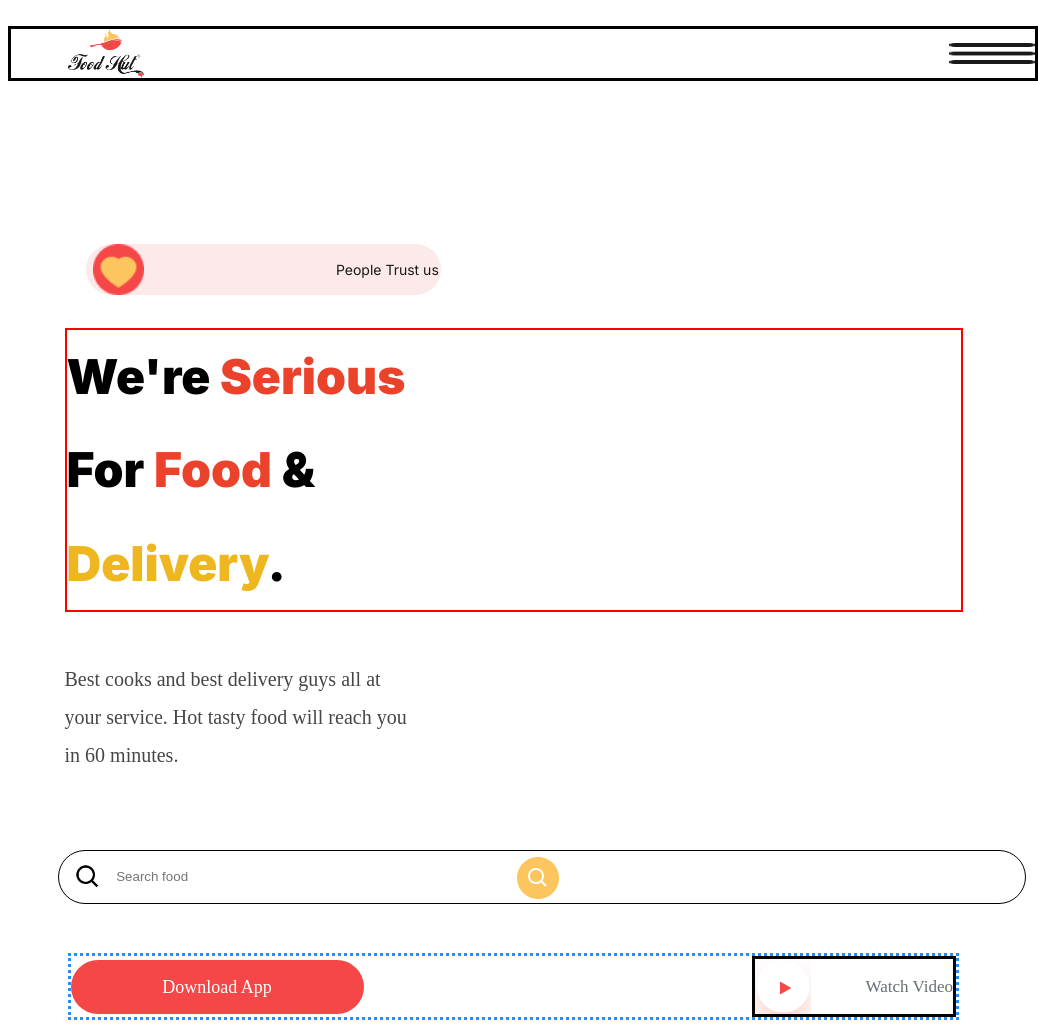
Repository: ReyhanehRahmani/Food-Hut
Page: FoodHut.html
These files come from the project's save history. The page is drawn as it stood at one moment and after the next save; the edit follows.
The browser window is 1024 px wide. The page is 1038 px wide, so the pictures cover 1038 px, including what lies to the right of the window. The pictures show the whole page.
Some web fonts or font styles are not loaded; a fallback is used.

Above is the page before, as saved 2025-05-29 00:06:22.

### FoodHut.html
<!DOCTYPE html>

<html lang="en">

    <head>

    <meta name="viewport" content="width=device-width, initial-scale=1.0" />

        <title>Food Hut</title>

        <link rel="icon" type="image/jpg" href="favicon.png">

        <link rel="preconnect" href="https://fonts.googleapis.com">

        <link rel="stylesheet" href="FoodHut.css">

        <link rel="preconnect" href="https://fonts.googleapis.com">

        <link rel="preconnect" href="https://fonts.gstatic.com" crossorigin>

        <link href="https://fonts.googleapis.com/css2?family=Inter:ital,opsz,wght@0,14..32,100..900;1,14..32,100..900&display=swap" rel="stylesheet">

        <link rel="preconnect" href="https://fonts.googleapis.com">

        <link rel="preconnect" href="https://fonts.gstatic.com" crossorigin>

        <link href="https://fonts.googleapis.com/css2?family=Sofia+Sans:ital,wght@0,1..1000;1,1..1000&display=swap" rel="stylesheet">

    </head>

    <body>

        <div class="headh">
            <img src="favicon.png" alt="Food Hut logo" class="FoodHutLogo">

            <div class="navlaptop">
                    <p class="mm">Today special offers</p>
                    <p class="mm">Why FoodHut</p>
                    <p class="mm">Our Menu</p>
                    <p class="mm">Our Popular food</p>

            </div>
            <div class="downloadbt"><p>Download App</p></div>
            <img src="slider.png" id="slider">
        </div>



        <div class="maincontainer">
            <div class="container1">

                <div id="HeartBox">
                    <img id="Heart" src="ghalb.png" style="margin-left: 3px;" >
                    <p id="trust">People Trust us</p>
                </div>

                <p id="BigBox1">
                    We're <spsn style="color: rgb(235, 66, 44);">Serious</spsn> <br> For <span style="color: rgb(235, 66, 44);">Food</span> & <br><span style="color: rgb(238, 183, 32);">Delivery</span>.
                </p>
                <p id="BigBox1laptop">
                    We're <spsn style="color: rgb(235, 66, 44);">Serious</spsn>  For <br><span style="color: rgb(235, 66, 44);">Food</span> & <span style="color: rgb(238, 183, 32);">Delivery</span>.
                </p>

                <p id="text1">
                    Best cooks and best delivery guys all at <br>your service. Hot tasty food will reach you<br>in 60 minutes.
                </p>
                <p id="text1laptop">
                    Best cooks and best delivery guys all at your <br>service. Hot tasty food will reach you in 60<br>minutes.
                </p>
                <div class="searchbox">
                    <img src="zarebin2.png" id="zarebin2">
                    <input class="inin" type="text" minlength="3" maxlength="30" placeholder="Search food"></input>
                    <button class="butbut"><img src="zarebin.png" id="zarebin"></button>
                </div>


                <div id="PlayBox">
                    <div id="download"><p>Download App</p></div>
                    <div id="bori1">
                    <img src="playb.png" id="PlayButton">
                    <p id="Watch">Watch Video</p>
                    </div>
                </div>

            </div>
            <img src="pic1.png" id="pic1laptop">

        </div>






    </body>

</html>

### FoodHut.css
/*font family - font size - align items like heart*/

@media screen and (max-width: 1279px){



body {
    font-family: "Inter", sans-serif;

}

.headh{
    border: solid;
    display: flex;
    justify-content: space-between;
    width: 100vw;
    height: 6.739130435vh;
    align-items: center;
    margin-top: 2.608695652%;
}


.FoodHutLogo{
    margin-left: 5.607476636%;
    height: 100%;
}

#slider{
    width: 8.411214953%;
    height: 43.548387097%;
}

/*#NavbarSlider{
    margin-top: 41px;
    margin-right: 5.6vw;
    float: right;
    position: fixed;
    border: 2px solid red;
}

.slider{
    width: 36px;
    height: 5px;
    border-radius: 17px;
    display: flex;
    justify-content: space-between;
    flex-direction: column;
    gap: 6px;
    background: rgba(25, 25, 25, 1);
    margin-right: 24px;

}*/



#HeartBox{
    display: flex;
    justify-content: space-between;
    gap: 1.438848921%;
    width: 35.226415094%;
    height: 4.261796043%;
    align-items: center;
    border-radius: 100px;
    white-space: nowrap;
    background-color: #fce9e9;
    margin-top: 16.228070175%;
    margin-left: 7.710280374%;
}

#trust{
    font-weight: 400;
    font-size: 0.875rem;
    line-height: 100%;
    letter-spacing: 0%;
    /*align-items: center;
    justify-content: center;*/
    color: rgba(25, 25, 25, 1);
    margin-right: 2px;

}

#Heart{
    position: static;
    width: 14.288489209%;
    height: 71.428571429%;
    padding-left: 1.168224299%;
    align-self: center;
}

#BigBox1{
    width: 88.785046729%;
    height: 21.058315335%;
    align-content: center;
    margin-top: 3.225806452%;
    margin-left: 5.607476636%;
    border: 2px solid red;
    font-weight: 900;
    font-size: 3rem;
    line-height: 195%;
    letter-spacing: 0%;
    font-family: "Inter";
}

/*#Box1Paragragh{
    font-weight: 900;
    font-size: 48px;
    line-height: 195%;
    letter-spacing: 0%;
}*/

#text1{
    width: 88.551401869%;
    height: 8.804347826%;
    margin-top: 4.347826087%;
    margin-left: 5.607476636%;
    opacity: 0.8;
    font-family: "Sofia Sans";
    font-weight: 400;
    font-size: 1.25rem;
    line-height: 190%;
    letter-spacing: -1%;
    color: #191919;
    white-space: nowrap;

}

#text1laptop{
    display: none;
}

.searchbox{
    border: solid;
    display: flex;
    border-width: 0.5px;
    border-radius: 100px;
    align-items: center;
    height: 8.709677419%;
    margin-top: 4.35483871;
    width: 95.785046729%;
    margin-left: 4.979253112%;
    margin-top: 7.476635514%;

}

.searchbox .inin{
    border: 0px;
    margin-left: 12px;

}

.searchbox .butbut{
    border: 0px;
    background-color: rgba(127, 255, 212, 0);
    margin-left: 22.324840764%;
}

#zarebin{
    height: 42px;
    padding-top: 5px;

}

#zarebin2{
    width: 28px;
    height: 28px;
    margin-left: 15px;

}

#PlayBox{
    display: flex;
    height: 5.652173913%;
    margin-top: 4.838709677%;
    justify-content: space-between;
    gap: 8.244680851%;
    align-items: center;
    border: dodgerblue, dotted;
    width: 87.85046729%;
    margin-left: 5.907476636%;

}

#download{
    width: 33.085106383%;
    height: 86.538461538%;
    border-radius: 100px;
    background-color: #F54748;
    font-family: "Sofia Sans";
    text-align: center;
    margin-top: 1px;
    color: #FFFFFF;
    font-weight: 400;
    font-size: 18px;
    line-height: 100%;
    letter-spacing: 0px;
    text-transform: capitalize;

}

#bori1{
    display: flex;
    margin-left: 8.244680851%;
    height: 100%;
    justify-content: space-between;
    gap: 11.475409836%;
    border: solid;
    align-items: center;
}

#Watch{
    font-family: "Sofia Sans";
    font-weight: 300;
    font-size: 17px;
    line-height: 100%;
    letter-spacing: 0%;
    color: #686D77;
    white-space: nowrap;

}

#PlayButton{
    height: 100%;
    width: 28.415300546%;

}

.navlaptop{
    display: none;
}

.downloadbt{
    display: none;
}

#BigBox1laptop{
    display: none;
}

#pic1laptop{
    display: none;
}

}


@media screen and (min-width: 1280px){

body{
    position: relative;
}

.headh{
    display: flex;
    position: relative;
    align-items: center;
    margin-top: 2.46343341%;
}

.headh .FoodHutLogo{
    width: 8.402777778%;
    height: 6.004618938%;
    margin-left: 5.46875%;

}

.navlaptop {
    display: flex;
    gap: 7.575757576%;
    align-items: center;
    margin-left: 20.75%;

}

.navlaptop .mm{
    font-family: "Sofia Sans";
    font-weight: 400;
    font-size: 1.125rem;
    line-height: 100%;
    letter-spacing: 0px;
    text-transform: capitalize;
    color: #191919;
    white-space: nowrap;
}

.downloadbt{
    position: absolute;
    width: 11.25%;
    line-height: 100%;
    height: 57.692307692%;
    border-radius: 100px;
    background-color: #F54748;
    font-family: "Sofia Sans";
    text-align: center;
    margin-top: 1px;
    color: #FFFFFF;
    font-weight: 400;
    font-size: 18px;
    letter-spacing: 0px;
    text-transform: capitalize;
    margin-left: 84.513888889%;


}

.maincontainer{
    display: flex;
    justify-content: space-between;


}

.container1{
    margin-left: 4.861111111%;
    display: block;
    align-content: center;

}

#HeartBox{
    display: flex;
    justify-content: space-between;
    width: 28.226415094%;
    height: 4.261796043%;
    align-items: center;
    border-radius: 100px;
    white-space: nowrap;
    background-color: #fce9e9;
}

#trust{
    margin-right: 2px;
}

#BigBox1laptop{
    font-family: "Inter";
    font-weight: 900;
    font-size: 3.625rem;
    line-height: 100%;
    letter-spacing: 0%;
    margin-top: 3.04414003%;

}

#BigBox1{
    display: none;
}

#Heart{
    height: 20px;
    width: 20px;
}

#trust{
    font-family: Inter;
    font-weight: 400;
    font-size: 0.875rem;
    line-height: 100%;
    letter-spacing: 0%;

}

#text1{
    font-family: "Sofia Sans";
    font-weight: 400;
    font-size: 1.5rem;
    line-height: 100%;
    letter-spacing: -1%;
    opacity: 0.8;
    margin-top: 3.877419355%;
    color: #191919;

}


.searchbox{
    border: solid;
    display: flex;
    border-width: 0.5px;
    border-radius: 100px;
    align-items: center;
    height: 8.709677419%;
    margin-top: 4.35483871;

}

.searchbox .inin{
    border: 0px;
    margin-left: 12px;

}

.searchbox .butbut{
    border: 0px;
    background-color: rgba(127, 255, 212, 0);
    margin-left: 41.324840764%;
}

#zarebin{
    height: 42px;
    padding-top: 5px;

}

#zarebin2{
    width: 28px;
    height: 28px;
    margin-left: 15px;

}

#pic1laptop{
    width: 47.847222222%;
    height: auto;
}

#PlayBox{
    display: flex;
    height: 8.387096774%;
    margin-top: 4.838709677%;
    align-items: center;
}

#download{
    width: 33.085106383%;
    height: 86.538461538%;
    border-radius: 100px;
    background-color: #F54748;
    font-family: "Sofia Sans";
    text-align: center;
    margin-top: 1px;
    color: #FFFFFF;
    font-weight: 400;
    font-size: 18px;
    line-height: 100%;
    letter-spacing: 0px;
    text-transform: capitalize;


}

#bori1{
    display: flex;
    margin-left: 8.244680851%;
    height: 100%;
    justify-content: space-between;
    gap: 11.475409836%;
}

#Watch{
    font-family: "Sofia Sans";
    font-weight: 300;
    font-size: 17px;
    line-height: 100%;
    letter-spacing: 0%;
    color: #686D77;
    white-space: nowrap;

}

#PlayButton{
    height: 100%;
}
}

After the next save:
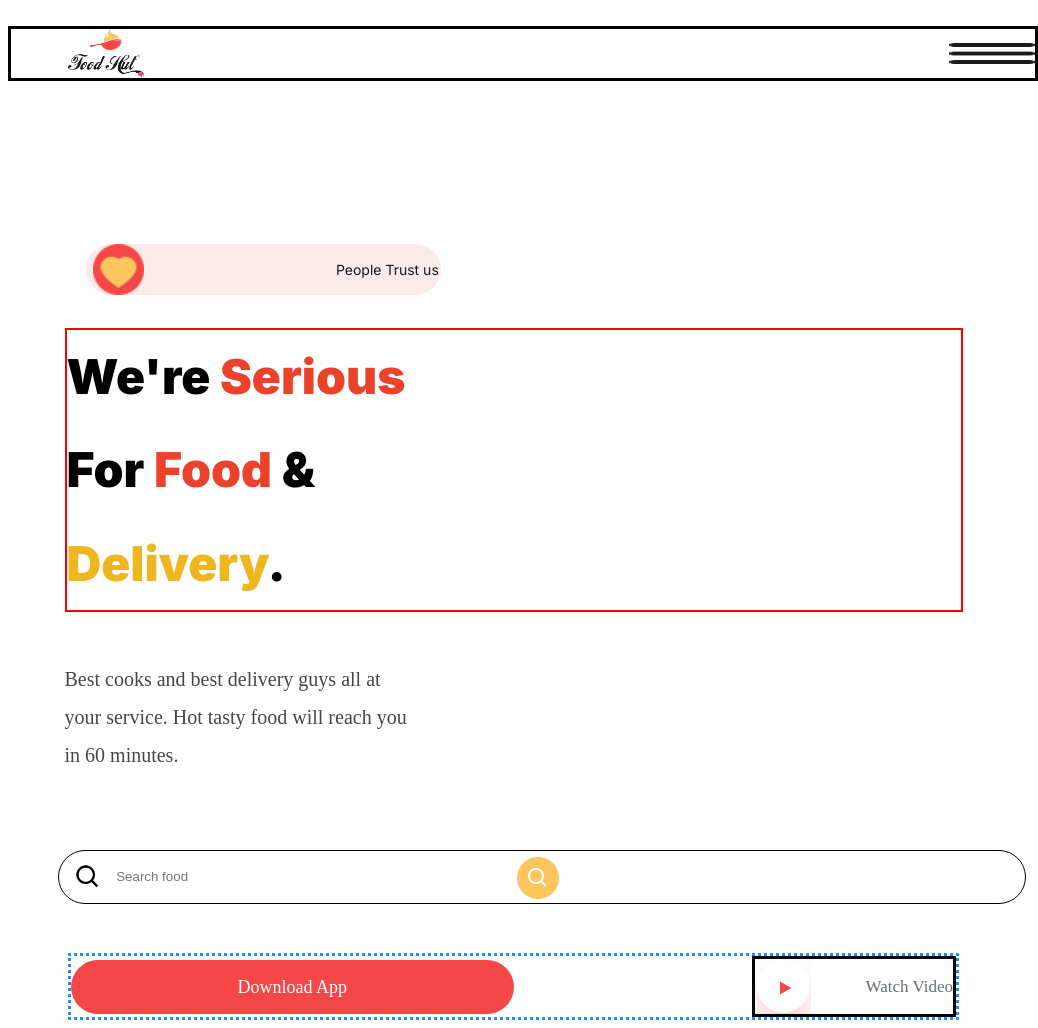
Saved 16 s later.
--- a/FoodHut.css
+++ b/FoodHut.css
@@ -181,7 +181,7 @@ body {
 }
 
 #download{
-    width: 33.085106383%;
+    width: 50.085106383%;
     height: 86.538461538%;
     border-radius: 100px;
     background-color: #F54748;
